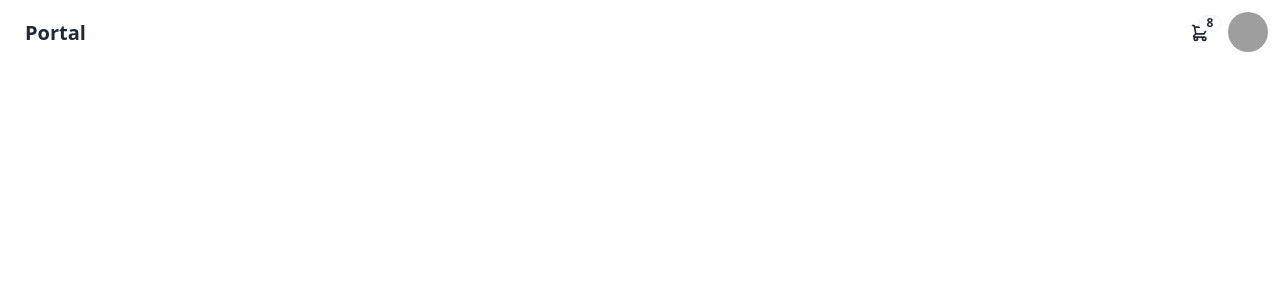
Repository: RudrasahaDibos/news-portal
Page: index.html
These files come from the project's save history. The page is drawn as it stood at one moment and after the next save; the edit follows.
The browser window is 1280 px wide. The pictures show the whole page.
Pictures or frames that could not be fetched are drawn as grey boxes. Some web libraries are served in a nearby version.

Above is the page before, as saved 2024-11-23 14:54:25.

After the next save:
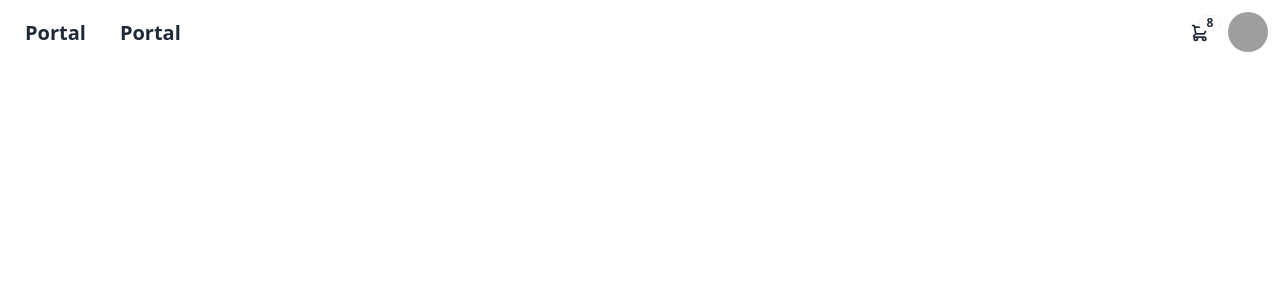
Saved 15 s later.
--- a/index.html
+++ b/index.html
@@ -15,6 +15,7 @@
                    <!-- navbar start here -->
                    <div class="navbar bg-base-100">
                     <div class="flex-1">
+                      <a class="btn btn-ghost text-xl">Portal</a>
                       <a class="btn btn-ghost text-xl">Portal</a>
                     </div>
                     <div class="flex-none">
